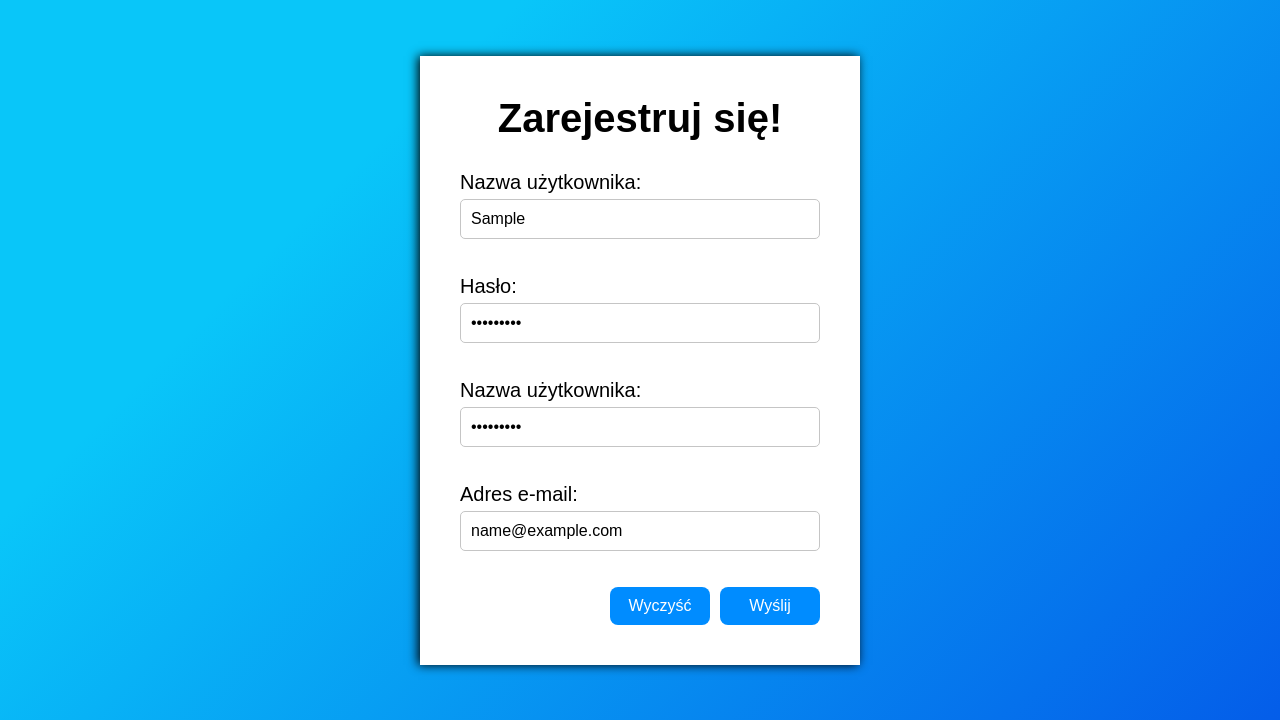
Repository: KrzysKolo/Projekt-3_Formularz-rejestracyjny
Page: index.html
These files come from the project's save history. The page is drawn as it stood at one moment and after the next save; the edit follows.
The browser window is 1280 px wide. The pictures show the whole page.
Empty fields were first filled with sample values (such as "Sample", 5 or name@example.com).
After loading, the first visible `#send` was clicked once.
Some web fonts or font styles are not loaded; a fallback is used.

Above is the page before, as saved 2020-07-04 09:50:12.

### index.html
<!DOCTYPE html>
<html lang="en">
  <head>
    <meta charset="UTF-8" />
    <meta name="viewport" content="width=device-width, initial-scale=1.0" />
    <title>Projekt 3 - Logowanie</title>
    <link
      href="https://fonts.googleapis.com/css2?family=Aldrich&family=Overpass+Mono:wght@300&display=swap"
      rel="stylesheet"
    />
    <link rel="stylesheet" href="./css/style.css" />
  </head>
  <body>
    <main class="wrapper">
      <form class="form">
        <h1>Zarejestruj się!</h1>
        <div class="form-box">
          <label for="username">Nazwa użytkownika: </label>
          <input
            type="text"
            id="username"
            placeholder="Podaj nazwę użytkownika"
          />
          <p class="error-text">error</p>
        </div>

        <div class="form-box">
          <label for="password">Hasło: </label>
          <input type="password" id="password" placeholder="Podaj hasło" />
          <p class="error-text">error</p>
        </div>

        <div class="form-box">
          <label for="password2">Nazwa użytkownika: </label>
          <input type="password" id="password2" placeholder="Powtórz hasło" />
          <p class="error-text">error</p>
        </div>

        <div class="form-box">
          <label for="email">Adres e-mail: </label>
          <input type="email" id="email" placeholder="Podaj e-mail" />
          <p class="error-text">error</p>
        </div>

        <div class="control-button">
          <button class="clear">Wyczyść</button>
          <button class="send" id="send">Wyślij</button>
        </div>

        <div class="popup">
          <p>Formularz został poprawnie wysłany</p>
          <button class="close">Zamknij</button>
        </div>
      </form>
    </main>
    <script src="js/index.js"></script>
  </body>
</html>

### css/style.css
* {
  box-sizing: border-box;
  margin: 0;
  padding: 0;
}
body {
  display: flex;
  justify-content: center;
  align-items: center;
  min-height: 100vh;
  font-family: "Aldrich", sans-serif;
  background-image: linear-gradient(315deg, #045de9 0%, #09c6f9 74%);
}
.wrapper {
  width: 440px;
  background-color: #fff;
  box-shadow: -2px 0 10px #000;
}
.form {
  padding: 40px;
  font-size: 20px;
}
h1 {
  margin-bottom: 30px;
  text-align: center;
}
.form-box {
  margin-bottom: 15px;
}
.form-box label {
  display: inline-block;
  margin-bottom: 5px;
}
.form-box input {
  width: 100%;
  padding: 10px;
  font-size: 16px;
  border: 1px solid rgb(197, 197, 197);
  border-radius: 5px;
}
.form-box.error input {
  border: 1px solid rgb(0, 117, 250);
  background-color: 1px solid rgba(0, 117, 250, 0.1);
}
.form-box .error-text {
  margin: 5px 0 0 10px;
  font-size: 14px;
  color: rgb(0, 117, 250);
  font-family: "Overpass Mono", monospace;
  visibility: hidden;
}
.form-box.error .error-text {
  visibility: visible;
}
.control-button {
  display: flex;
  flex-direction: row;
  justify-content: flex-end;
}
.send,
.clear,
.close {
  display: inline-block;
  padding: 10px 0;
  margin-left: 10px;
  width: 100px;
  font-size: 16px;
  background-color: rgb(0, 140, 255);
  color: #fff;
  border: none;
  border-radius: 8px;
  cursor: pointer;
  transition: background-color 0.3s;
}
.send:hover,
.clear:hover,
.close:hover {
  background-color: rgb(0, 107, 194);
}
.popup {
  display: flex;
  justify-content: center;
  align-items: center;
  flex-direction: column;
  position: absolute;
  top: -300px;
  left: 50%;
  transform: translate(-50%, -50%);
  width: 600px;
  height: 200px;
  background-color: #fff;
  border-radius: 8px;
  border: 2px solid black;
  transition: top 1s;
}
.popup p {
  font-size: 28px;
}

.popup .close {
  margin-top: 20px;
}
.show-popup {
  top: 150px;
}

### js/index.js
const user = document.querySelector("#username");
const pass = document.querySelector("#password");
const pass2 = document.querySelector("#password2");
const email = document.querySelector("#email");
const sendBtn = document.querySelector("#send");
const clearBtn = document.querySelector(".clear");
const popup = document.querySelector(".popup");
const tab = [user, pass, pass2, email];

const showError = (input, msg) => {
  const formBox = input.parentElement;
  const errorMsg = formBox.querySelector(".error-text");
  formBox.classList.add("error");

  errorMsg.textContent = msg;
};
const clearError = (input) => {
  const formBox = input.parentElement;
  formBox.classList.remove("error");
};
const checkForm = (input) => {
  input.forEach((el) => {
    if (el.value === "") {
      showError(el, el.placeholder);
    } else {
      clearError(el);
    }
  });
};

const checkLength = (input, min) => {
  if (input.value.length < min) {
    showError(
      input,
      `${input.previousElementSibling.innerText.slice(
        0,
        -1
      )} składa się z min. ${min} znaków`
    );
  }
};
const checkPasswod = (pass1, pass2) => {
  if (pass1.value !== pass2.value) {
    showError(pass2, "Hasła do siebie nie pasują");
  }
};

clearBtn.addEventListener("click", (e) => {
  e.preventDefault();

  tab.forEach((el) => {
    el.value = "";
    clearError(el);
  });
});
const checkMail = (email) => {
  const re = /^(([^<>()\[\]\\.,;:\s@"]+(\.[^<>()\[\]\\.,;:\s@"]+)*)|(".+"))@((\[[0-9]{1,3}\.[0-9]{1,3}\.[0-9]{1,3}\.[0-9]{1,3}\])|(([a-zA-Z\-0-9]+\.)+[a-zA-Z]{2,}))$/;
  if (re.test(email.value)) {
    clearError(email);
  } else {
    showError(email, "E-mail jest niepoprawny");
  }
};
const chceckErrors = () => {
  const allInputs = document.querySelectorAll(".form-box");
  let errorCount = 0;
  allInputs.forEach((el) => {
    if (el.classList.contains("error")) {
      errorCount++;
    }
  });
  if (errorCount === 0) {
    popup.classList.add("show-popup");
  }
};
sendBtn.addEventListener("click", (e) => {
  e.preventDefault();
  checkForm(tab);
  checkLength(user, 3);
  checkLength(pass, 8);
  checkPasswod(pass, pass2);
});

After the next save:
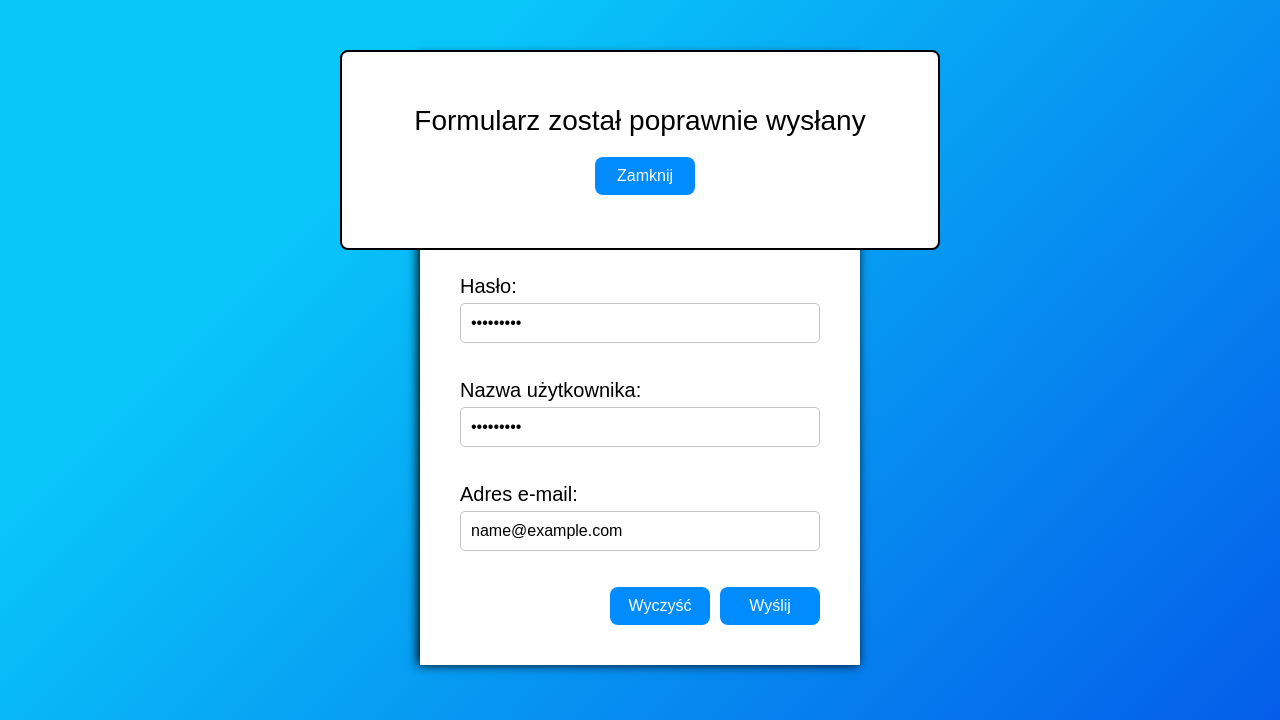
Saved 47 s later.
--- a/js/index.js
+++ b/js/index.js
@@ -79,4 +79,5 @@ sendBtn.addEventListener("click", (e) => {
   checkLength(user, 3);
   checkLength(pass, 8);
   checkPasswod(pass, pass2);
+  chceckErrors();
 });
